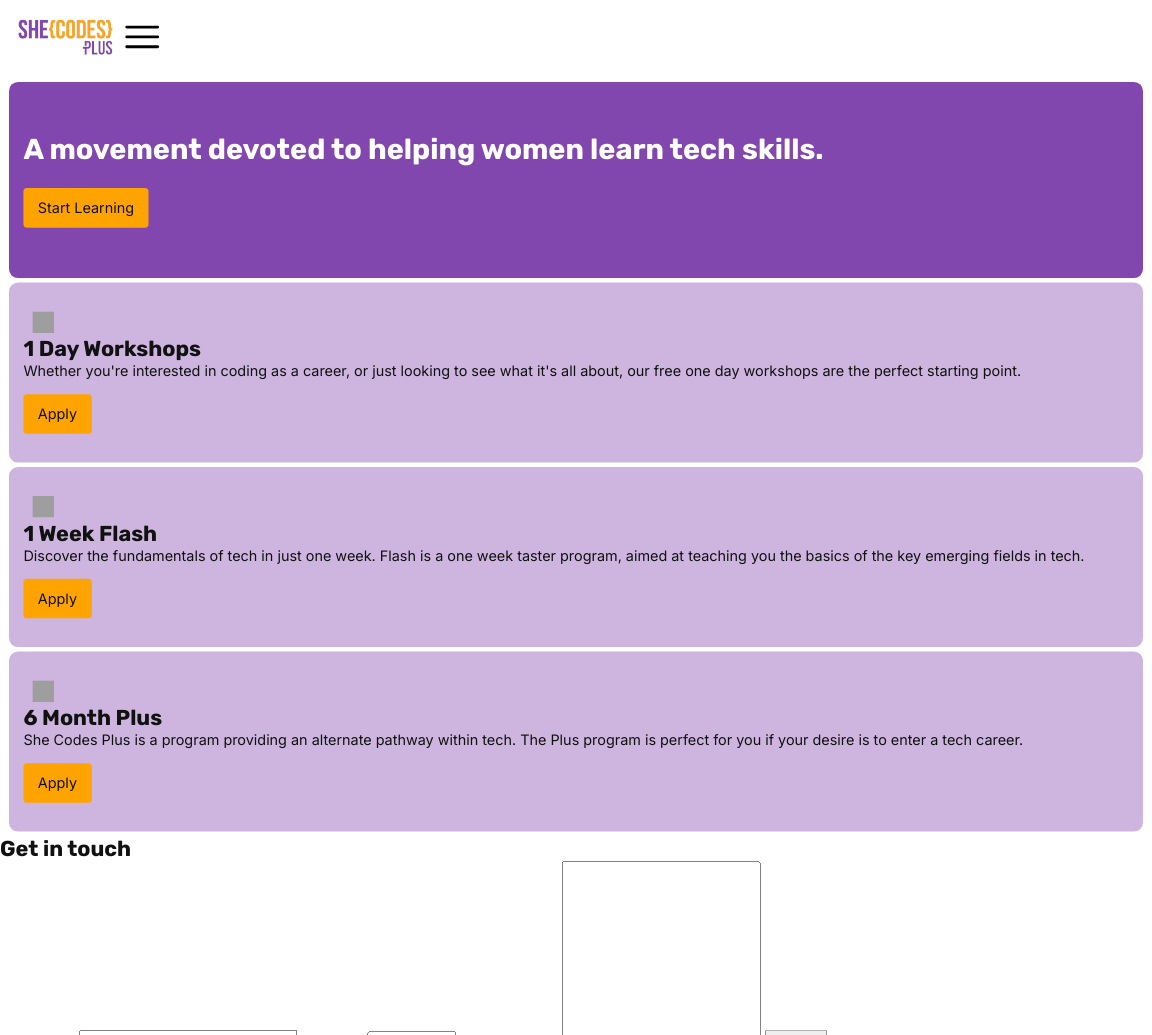
Repository: devashrisamani/website_shecodes_week1
Page: index.html
An editor plug-in stored every save of this project. The page is shown before and after the next save, followed by the edit.
The browser window is 1280 px wide. The pictures show the part of the page from y = 0 to 1150 px (the page is 4010 px tall before and 4364 px after), at 90% of full size.
Pictures or frames that could not be fetched are drawn as grey boxes. A picture or video elsewhere on the page could not be fetched, so the positions and the page height are approximate.

Above is the page before, as saved 2025-09-16 19:23:19.

After the next save:
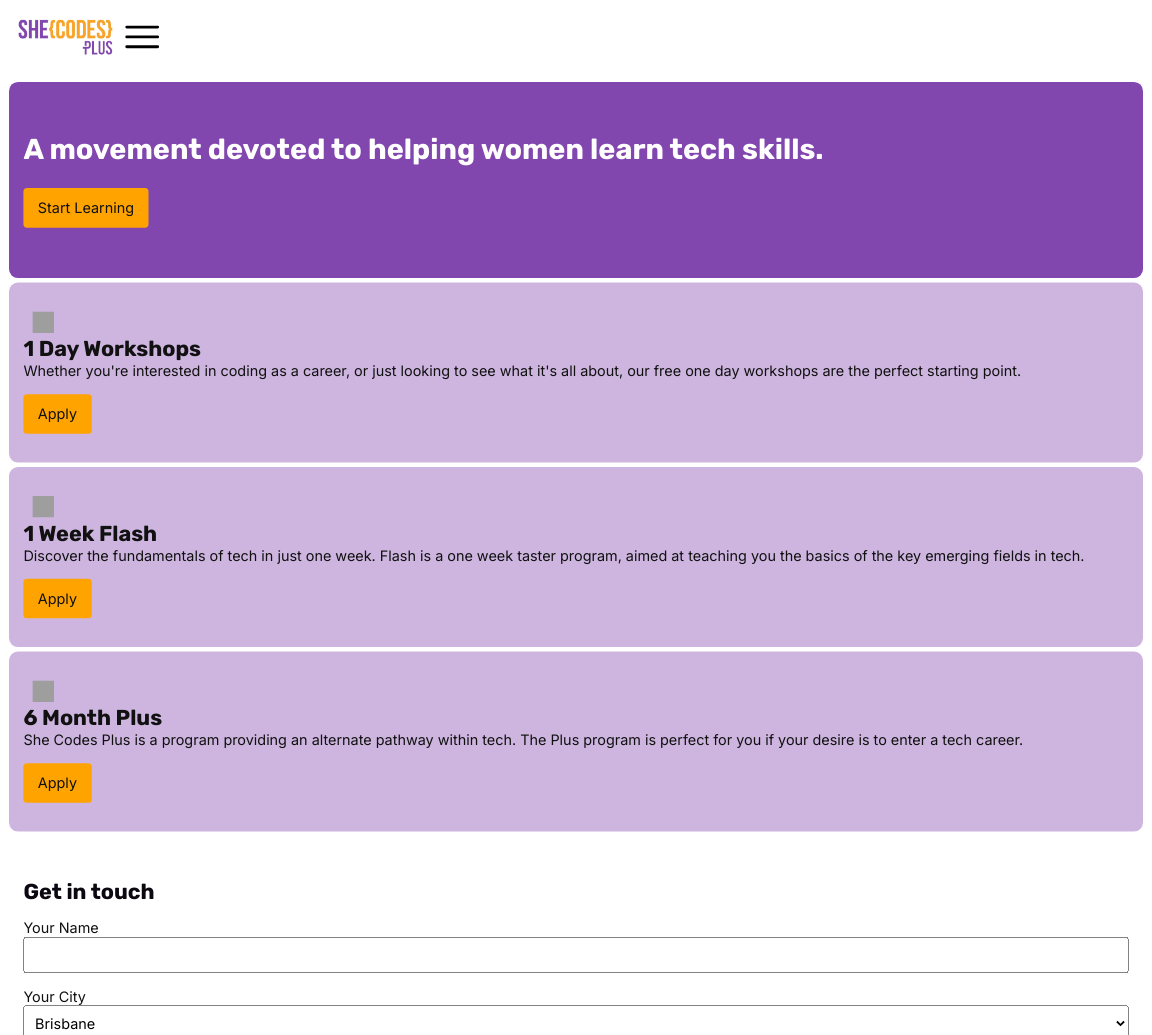
Saved 92 s later.
--- a/style.css
+++ b/style.css
@@ -174,3 +174,43 @@
 article p {
   margin-bottom: 16px;
 }
+
+/* Contact Form */
+
+
+.contact-form {
+  padding: 48px 16px;
+  border-radius: 10px;
+  margin: 5px 10px;
+}
+
+.contact-form input,
+.contact-form select {
+  display: block;
+  width: 100%;
+  padding: 8px;
+  margin-bottom: 16px;
+}
+
+.contact-form textarea {
+  display: block;
+  width: 100%;
+  padding: 8px;
+}
+
+.contact-form label {
+  display: block;
+  width: 100%;
+}
+
+.contact-form h2 {
+  color: var(--base-dark);
+  margin-bottom: 16px;
+}
+
+.contact-form input[type="submit"] {
+  background-color: var(--action);
+  border: 0;
+  margin-top: 8px;
+  cursor: pointer;
+}
